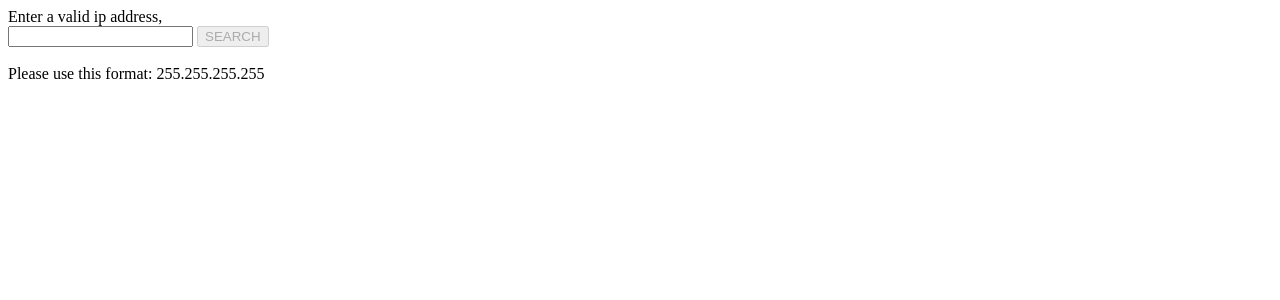
Repository: amp89/FindIP
Page: http://localhost/FindIp/views/search.jsp
The author's editor kept a copy of each file at every save. The page is drawn from the files as they stood at one save, then again after the next save.
The browser window is 1280 px wide. The pictures show the whole page.
The page is served by Tomcat 9.

Above is the page before, as saved 2016-07-19 06:54:10.

After the next save:
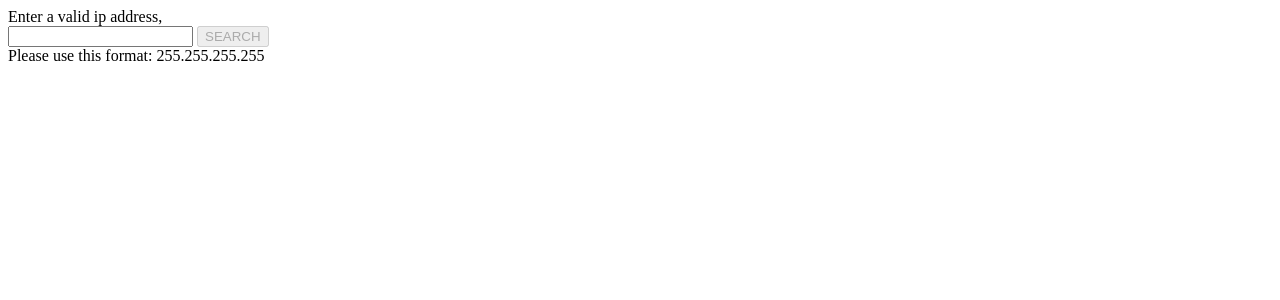
Saved 25 s later.
--- a/FindIp/FindIp/WebContent/views/search.jsp
+++ b/FindIp/FindIp/WebContent/views/search.jsp
@@ -18,7 +18,7 @@
 			<input name="ipAddress" type="text" ng-pattern="regex" ng-minlength="7" ng-maxlength="15" ng-model=ipSearchData.ipAddress required/>
 			<button type="submit" ng-disabled="ipSearchForm.$invalid">SEARCH</button>
 		</form>
-		<span ng-hide="ipSearchForm.$invalid">Ip To Lookup:{{ipSearchData.ipAddress}}</span><br>
+		<span ng-hide="ipSearchForm.$invalid">Ip To Lookup: {{ipSearchData.ipAddress}}</span>
 		<span ng-show="ipSearchForm.$invalid">Please use this format: 255.255.255.255</span>
 	</div>
 	<!-- end test angular -->
